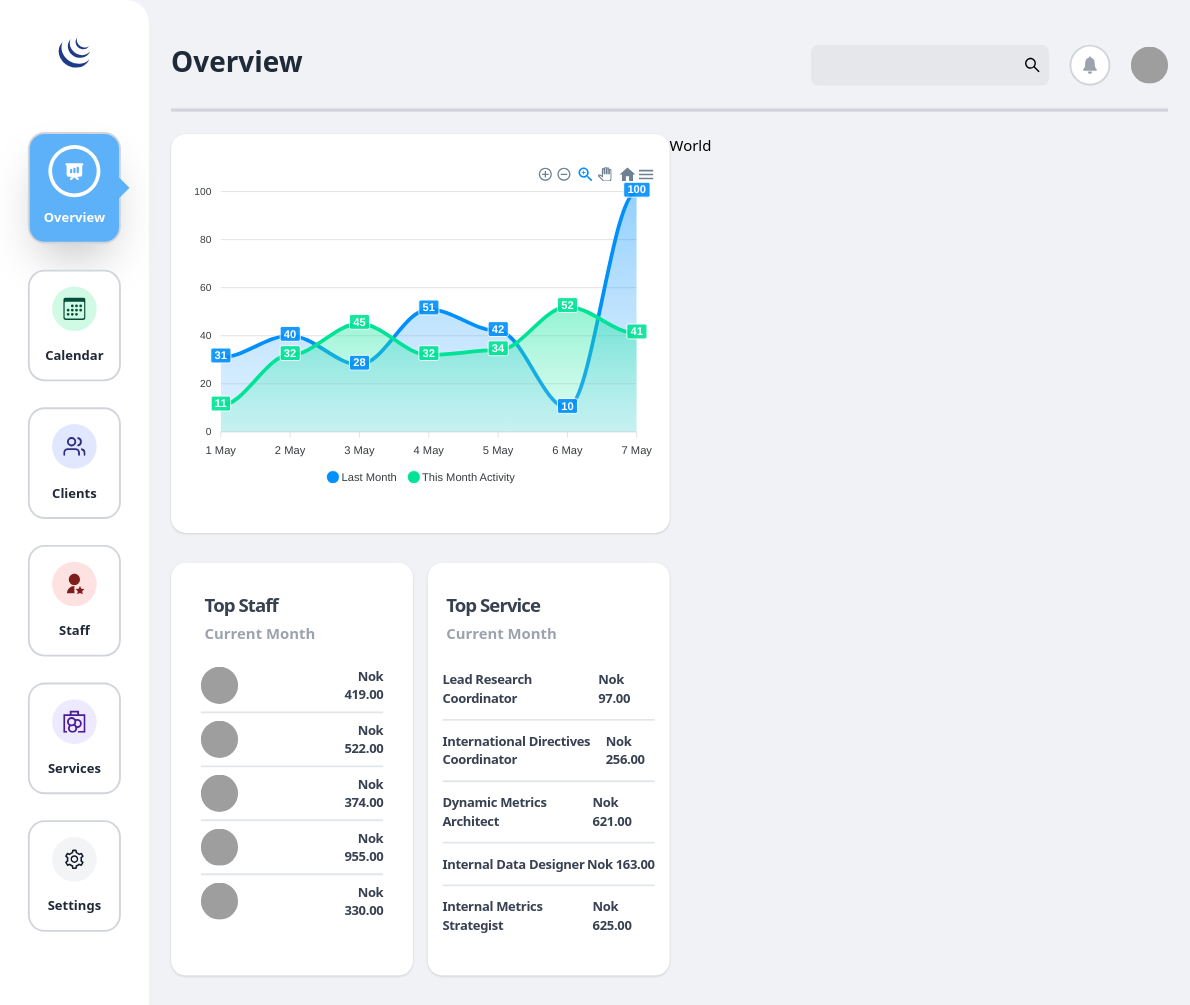
Repository: coolronts/dashboard
Page: /
These files come from the project's save history. The page is drawn as it stood at one moment and after the next save; the edit follows.
The browser window is 1280 px wide. The pictures show the whole page, at 93% of full size.
Pictures or frames that could not be fetched are drawn as grey boxes. The project was rebuilt for these pictures with package versions that can differ from the ones it lists, and the page was loaded fresh each time. Also part of the build but not shown: craco.config.js.

Above is the page before, as saved 2021-11-28 03:30:15.

### src/index.tsx
import './index.css';

import App from './App';
import React from 'react';
import ReactDOM from 'react-dom';

ReactDOM.render(
  <React.StrictMode>
    <App />
  </React.StrictMode>,
  document.getElementById('root')
);

### src/App.tsx
import './App.css';

import Home from './Pages/Home'

function App() {
  return (
    <div className="App">
      <Home/>
    </div>
  );
}

export default App;

### src/App.css
* {
    margin: 0;
    padding: 0;
}

.App {
    background-color: #F0F2F5;
}

### src/Pages/Home/index.tsx
import AppointmentActivity from '../../Units/AppointmentActivity'
import LeftDrawer from '../../Units/LeftDrawer'
import SectionHeader from '../../Units/SectionHeader'
import SplitScreen from '../../Components/SplitScreen'
import TopService from '../../Units/TopService'
import TopStaff from '../../Units/TopStaff'

const Home: React.FC = () => {
  const styles = {
    leftDrawer: 'bg-white px-8 rounded-tr-3xl py-8',
  }
  return (
    <div className="flex">
      <div className={styles.leftDrawer}>
        <LeftDrawer/>
      </div>
      <div className="flex-1 mx-6 mt-12">
        <SectionHeader />
        <hr className="bg-gray-300 h-1 my-6" />
        <SplitScreen leftWeight="w-1/2" rightWeight="w-1/2" >
          <div>
            <AppointmentActivity />
            <div className="w-full flex justify-between my-8">
              <TopStaff />
              <div className="w-4"/>
              <TopService />
            </div>
          </div>
          <div>World</div>
        </SplitScreen>
      </div>
    </div>
  )
}

export default Home

### src/Units/AppointmentActivity/index.tsx
import Card from '../../Components/Card'
import MultiLine from '../../Components/Charts/MultiLine'

const AppointmentActivity: React.FC = () => {
  return (
    <div>
      <Card
        Element={
          <MultiLine />
        }
      />

    </div>
  )
}

export default AppointmentActivity

### src/Units/LeftDrawer/index.tsx
import { Calendar, Clients, Overview, Services, Settings, Staff } from '../../Components/Icons'

import {CompanyLogo} from '../../Components/Icons'
import Logo from '../../Components/Logo'

const LeftDrawer: React.FC = () => {
  const styles = {
    CompanyLogo: "text-5xl text-blue-900 w-full mb-12",
    menu: "flex flex-col justify-between bg-blue.primary"
  }
  const icons = [
    { Icon: <Overview />, name: 'overview', color: 'blue', active: true },
    { Icon: <Calendar />, name: 'calendar', color: 'green', active: false },
    { Icon: <Clients />, name: 'clients', color: 'indigo', active: false  },
    { Icon: <Staff />, name: 'staff', color: 'red', active: false  },
    { Icon: <Services />, name: 'services', color: 'purple', active: false  },
    { Icon: <Settings />, name: 'settings', color: 'gray', active: false  },
  ]

  return (
    <div className="m-auto">
      <CompanyLogo className={styles.CompanyLogo}/>
      <div className={styles.menu}>
        {icons.map((icon, index) =>  <Logo Icon={icon.Icon} name={icon.name} color={icon.color} key={index} active={icon.active} />)}
      </div>
    </div>
  )

}

export default LeftDrawer

### src/Units/SectionHeader/index.tsx
import Avatar from '../../Components/Avatar'
import {Notification} from '../../Components/Buttons'
import {Notifications} from '../../Components/Icons'
import TextBox from '../../Components/TextBox'

const SectionHeader: React.FC = () => {
  const styles = {
    heading: "text-3xl text-gray-800 font-bold",
    body: "flex justify-between",
    leftComponent: "flex items-center justify-around"
  }
  return (
    <div className={styles.body}>
      <h1 className={styles.heading}>Overview</h1>
      <div className={styles.leftComponent}>
        <TextBox />
        <Notification Icon={<Notifications />} />
        <Avatar />
      </div>
    </div>
  )
}

export default SectionHeader

### src/Components/SplitScreen/index.tsx
import tw from "tailwind-styled-components"

interface SplitScreenProps {
  children: React.ReactNode[];
  containerWeight?: string;
  leftWeight?: string;
  rightWeight?: string;
}
const SplitScreen: React.FC<SplitScreenProps> = ({
	children,
	containerWeight = 'flex w-full',
  leftWeight = 'w-1/2',
	rightWeight = 'w-full',
}) => {
  const Container = tw.div``;
  const Pane = tw.div``;

	const [left, right] = children;
	return (
		<Container className={containerWeight}>
			<Pane className={leftWeight}>
				{left}
			</Pane>
			<Pane className={rightWeight}>
				{right}
			</Pane>
		</Container>
	);
}

export default SplitScreen

### src/Units/TopService/index.tsx
import { useEffect, useState } from 'react'

import Card from '../../Components/Card'
import createRandomData from '../../api/TopService'

interface dataProps {
  position: string,
  price: number
}
const TopService: React.FC = () => {
  const [data, setData] = useState<dataProps[]>([])
  const styles = {
    table: `bg-white w-full divide-solid divide-y-2 divide-opacity-60 divide-gray-300 text-gray-700`,
    row: `flex py-3 text-sm items-center font-semibold font-sans tracking-tight py-2 justify-between`
  }

  if (data.length === 0) {
    createRandomData(5)
      .then(response => setData(response))
  }
  useEffect(() => { }, [data])

  return (
    <Card size="sm" Element={
      <div className="px-2">
        <div className="px-1 mb-4 font-semibold font-sans capitalize">
          <p className="tracking-tighter text-xl text-gray-700">Top Service</p>
          <p className="text-md text-gray-400 pt-1">Current month</p>
        </div>
        <div className={styles.table}>
          {data.map((item, i) => (
            <div className={styles.row} key={i}>
                <p>{item.position}</p>
                <p>Nok {item.price}</p>
            </div>
          ))}
        </div>
      </div>
    }/>
  )
}

export default TopService

### src/Units/TopStaff/index.tsx
import Avatar from '../../Components/Avatar'
import Card from '../../Components/Card'
import createRandomData from '../../api/TopStaff'
import {useState} from 'react'

interface dataProps {
  avatar: string,
  name: string,
  price: number
}
const TopStaff: React.FC = () => {
  const [data, setData] = useState<dataProps[]>([])
  if (data.length === 0) {
    createRandomData(5)
    .then(response => setData(response))
  }

  const styles = {
    table: `bg-white w-full divide-solid divide-y-2 divide-opacity-60 divide-gray-300 text-gray-700`,
    row: `flex text-sm items-center font-semibold font-sans tracking-tight py-2`
  }
  return (
    <Card size="sm" Element={
      <div className="px-6">
        <div className="px-1 mb-4 font-semibold font-sans capitalize">
          <p className="tracking-tighter text-xl text-gray-700">Top Staff</p>
          <p className="text-md text-gray-400 pt-1">Current month</p>
        </div>
        <div className={styles.table}>
          {data.map((item, i) => (
            <div className={styles.row} key={i}>
              <div className="w-2/3 flex items-center">
                <Avatar img={item.avatar}/>
                <p className="ml-2">{item.name}</p>
              </div>
              <div className="w-1/3 text-right">
                <p className="">Nok {item.price}</p>
              </div>
            </div>
          ))}
        </div>
      </div>
    } />
  )
}

export default TopStaff

### src/Components/Card/index.tsx
import { ReactNode } from "react"

interface CardProps {
  size?: string;
  Element: ReactNode
}

const Card: React.FC<CardProps> = ({ size, Element}) => {
  const styles = {
    body: `bg-white px-2 py-8 rounded-2xl shadow ${size==='sm' ? 'w-3/6': 'w-full'}` ,
  }
  return (
    <div className={styles.body}>
      {Element}
    </div>
  )
}

export default Card

### src/Components/Charts/MultiLine/index.tsx
import ReactApexChart from "react-apexcharts";

const series = [
  {
    name: 'Last Month',
    data: [31, 40, 28, 51, 42, 10, 100]
  }, {
    name: 'This Month Activity',
    data: [11, 32, 45, 32, 34, 52, 41]
  }
]


const options = {
  chart: {

  },
  xaxis: {
    labels: {
        format: 'MMM',
      },
      categories: ["1 May", "2 May", "3 May","4 May","5 May","6 May","7 May"]

  }
}

const MultiLine: React.FC = () => {
  return (
    <div id="chart">
      <ReactApexChart options={options} series={series} type="area" height={350} />
    </div>

  )
}

export default MultiLine

### src/Components/Icons/index.tsx
import {AiOutlineSearch} from 'react-icons/ai'
import {AiOutlineSetting} from 'react-icons/ai'
import {BsCalendar3} from 'react-icons/bs'
import {DiJqueryLogo} from 'react-icons/di'
import {FiUsers} from 'react-icons/fi'
import {GrBusinessService} from 'react-icons/gr'
import { HiPresentationChartBar } from 'react-icons/hi'
import {ImArrowRight} from 'react-icons/im'
import {IoIosNotifications} from 'react-icons/io'
import { RiUserStarFill } from 'react-icons/ri'

export {
  HiPresentationChartBar as Overview,
  BsCalendar3 as Calendar,
  FiUsers as Clients,
  RiUserStarFill as Staff,
  GrBusinessService as Services,
  AiOutlineSetting as Settings,
  ImArrowRight as ArrowRight,
  DiJqueryLogo as CompanyLogo,
  AiOutlineSearch as Search,
  IoIosNotifications as Notifications
}

### src/Components/Logo/index.tsx
import {ArrowRight} from '../Icons'
import React from 'react';

interface IconProps {
  Icon: React.ReactNode;
  name: string,
  color: string,
  active?: boolean
}


const Logo: React.FC<IconProps> = ({ Icon, name, color, active=false }) => {

  const styles = {
    body:`relative group my-4 text-2xl px-12 py-4 bg-white ring-2 ring-gray-300 w-20 rounded-2xl flex flex-col items-center justify-around hover:bg-blue-primary hover:shadow-2xl cursor-pointer ${active ? 'bg-blue-primary shadow-2xl' :'bg-white'}`,
    name: `${active ? 'text-white': 'text-gray-800'} group-hover:text-white capitalize text-sm font-semibold mt-4`,
    icon: `${active ? 'bg-blue-primary text-white': `bg-${color}-100 text-${color}-900`} rounded-full p-3 group-hover:bg-blue-primary group-hover:text-white ring-4 ring-white`,
    arrowRight: `${active?'text-blue-primary': 'text-transparent'} absolute -right-3 text-transparent`
  }
  return (
    <div className={styles.body}>
      <div className={styles.icon}> {Icon} </div>
      <p className={styles.name}> {name} </p>
      <ArrowRight className={styles.arrowRight}/>
    </div>
  )
}

export default Logo

### src/Components/Avatar/index.tsx
interface AvatarProps {
  img?: string;
  radius?: number;
}
const imgLink="https://images.unsplash.com/photo-1472099645785-5658abf4ff4e?ixlib=rb-1.2.1&ixid=eyJhcHBfaWQiOjEyMDd9&auto=format&fit=facearea&facepad=2&w=256&h=256&q=80"

const Avatar: React.FC<AvatarProps> = ({ img = imgLink, radius = 10 }) => {
  console.log(img)
  const styles = {
    avatar:`inline-block h-${radius} w-${radius} rounded-full cursor-pointer`
  }
  return (
    <div>
      <img
        className={styles.avatar}
        src={img}
        alt=""
      />
    </div>
  )
}

export default Avatar

### src/Components/Buttons/index.tsx
interface NotificationProps{
  Icon: React.ReactNode;
}

export const Notification: React.FC<NotificationProps> = ({ Icon }) => {
  const styles = {
    icon: "ring-2 ring-gray-300 text-2xl font-bold p-2 bg-white rounded-full mx-6 shadow text-gray-400 cursor-pointer hover:shadow-2xl"
  }
  return (
    <>
      <div className={styles.icon}>{Icon}</div>
    </>
  )
}

### src/Components/TextBox/index.tsx
import {Search} from '../Icons'

const TextBox: React.FC = () => {
  const styles = {
    body: "relative",
    textBox: "bg-gray-200 w-64 rounded-lg py-3 px-4 font-semibold text-sm focus:ring-2 ring-gray-600 outline-none",
    searchIcon: "absolute right-2 top-3 text-xl"
  }

  return (
    <div className={styles.body}>
      <input className={styles.textBox} type="text" />
      <Search className={styles.searchIcon}/>

    </div>
  )
}

export default TextBox

### src/api/TopService.ts
var faker = require('faker')

const createRandomData = async (n: number) => {
  let data = []
  for (let i = 0; i < n; i++) {
    await data.push({
      position: faker.name.jobTitle(),
      price: faker.commerce.price()
    })
  }
  console.log(data)
  return data
}

export default createRandomData

### src/api/TopStaff.ts
var faker = require('faker')

const createRandomData = async (n: number) => {
  let data = []
  for (let i = 0; i < n; i++) {
    await data.push({
      position: faker.name.jobTitle(),
      price: faker.commerce.price()
    })
  }
  return data
}

export default createRandomData

### tailwind.config.js
module.exports = {
    purge: ["./src/**/*.{js,jsx,ts,tsx}", "./public/index.html"],
    darkMode: false, // or 'media' or 'class'
    theme: {
        extend: {
            colors: {
                blue: {
                    primary: "#5DB1F8",
                    secondary: "#38A3FF",
                    tertiary: "#1D90F3",
                },
            },
        },
    },
    variants: {
        extend: {},
    },
    plugins: [],
};

Loaded but not shown: public/index.html (common file); src/index.css (common file)

After the next save:
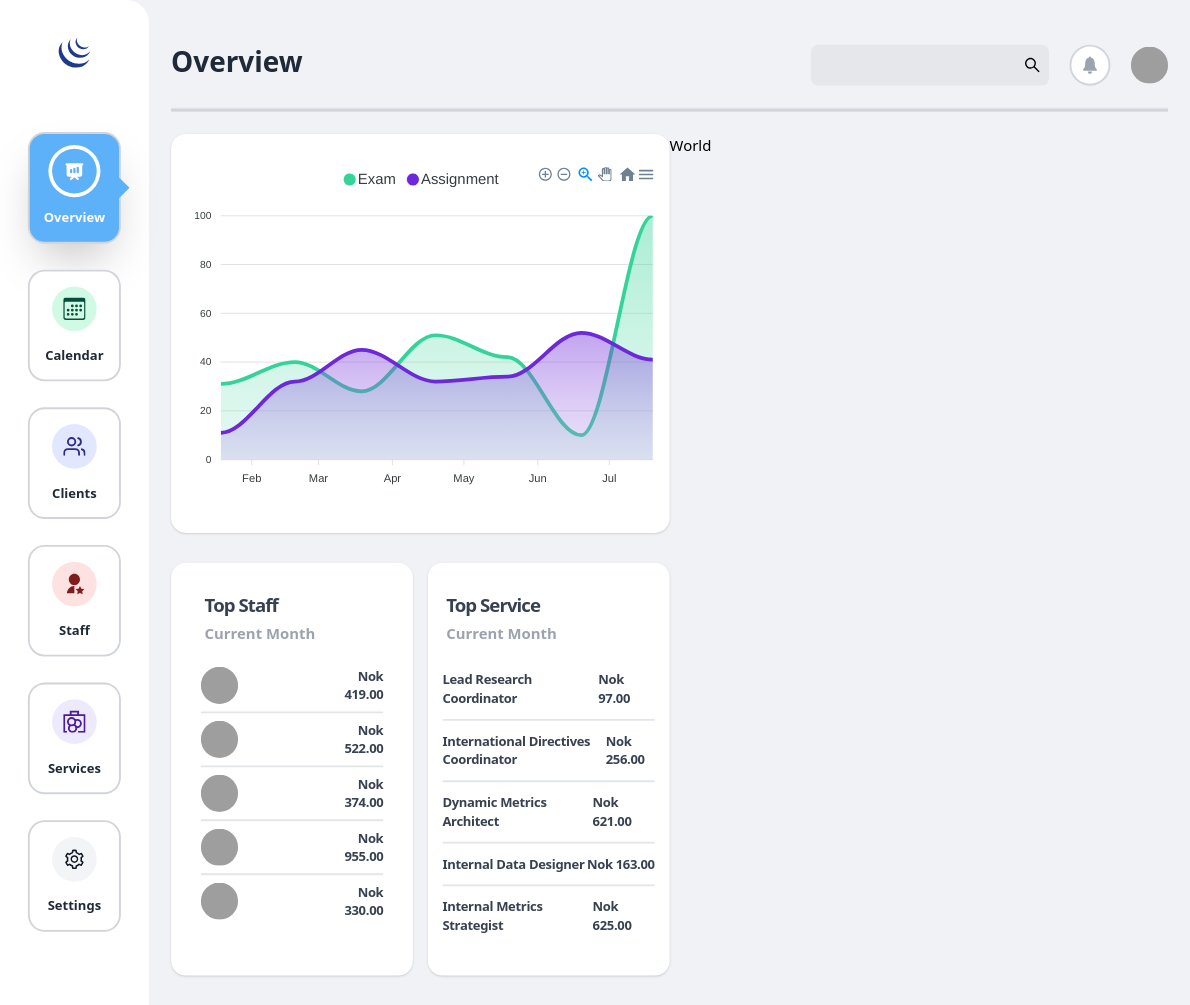
Saved 79 min 13 s later.
--- a/src/Components/Charts/MultiLine/index.tsx
+++ b/src/Components/Charts/MultiLine/index.tsx
@@ -2,27 +2,45 @@ import ReactApexChart from "react-apexcharts";
 
 const series = [
   {
-    name: 'Last Month',
+    name: 'Exam',
     data: [31, 40, 28, 51, 42, 10, 100]
   }, {
-    name: 'This Month Activity',
+    name: 'Assignment',
     data: [11, 32, 45, 32, 34, 52, 41]
   }
 ]
 
 
 const options = {
-  chart: {
-
-  },
-  xaxis: {
-    labels: {
+    colors: ['#34D399', '#6D28D9'],
+    chart: {
+      height: 350,
+      type: 'area'
+     },
+     legend: {
+       position: 'top',
+       fontSize: '16px',
+       offset: 0
+     },
+    dataLabels: {
+      enabled: false
+    },
+    stroke: {
+      curve: 'smooth'
+    },
+    xaxis: {
+      type: 'datetime',
+      labels: {
         format: 'MMM',
       },
-      categories: ["1 May", "2 May", "3 May","4 May","5 May","6 May","7 May"]
-
+      categories: ["2018-01-19T00:00:00.000Z", "2018-02-19T01:30:00.000Z", "2018-03-19T02:30:00.000Z", "2018-04-19T03:30:00.000Z", "2018-05-19T04:30:00.000Z", "2018-06-19T05:30:00.000Z", "2018-07-19T06:30:00.000Z"]
+    },
+    tooltip: {
+      x: {
+        format: 'MMM'
+      },
+    },
   }
-}
 
 const MultiLine: React.FC = () => {
   return (
